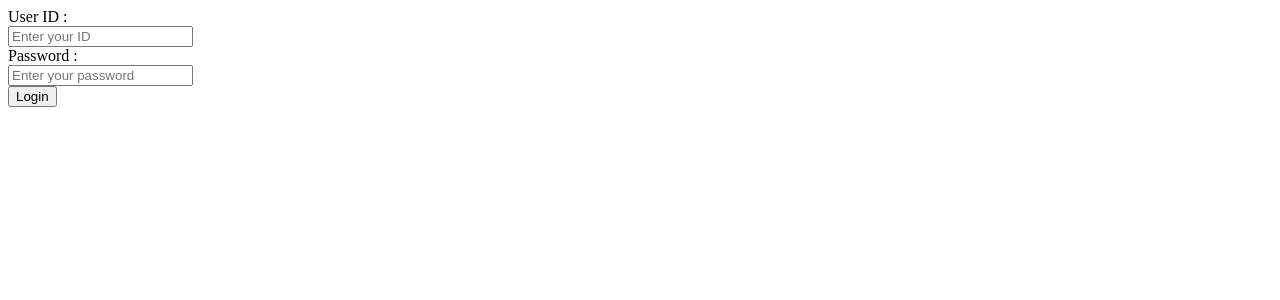
Repository: JamesArul/CLBSiteSTMT
Page: StudentsMeetFrontEnd/WebContent/User/Login.html
An editor plug-in stored every save of this project. The page is shown before and after the next save, followed by the edit.
The browser window is 1280 px wide. The pictures show the whole page.

Above is the page before, as saved 2017-05-31 12:55:30.

After the next save:
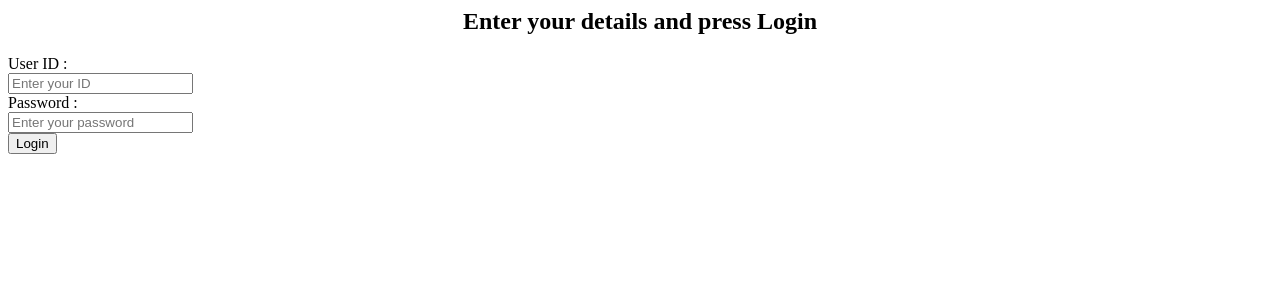
Saved 33 s later.
--- a/StudentsMeetFrontEnd/WebContent/User/Login.html
+++ b/StudentsMeetFrontEnd/WebContent/User/Login.html
@@ -1,5 +1,6 @@
 <div ng-include="'Common/CommonHeader.html'"></div>
 <div ng-controller="UserController as ctrl">
+<center><h2>Enter your details and press Login</h2></center>
 <form ng-submit="ctrl.login()" class="form-horizontal">
   <div class="form-group">
     <label class="control-label col-sm-2" for="userID">User ID :</label>
